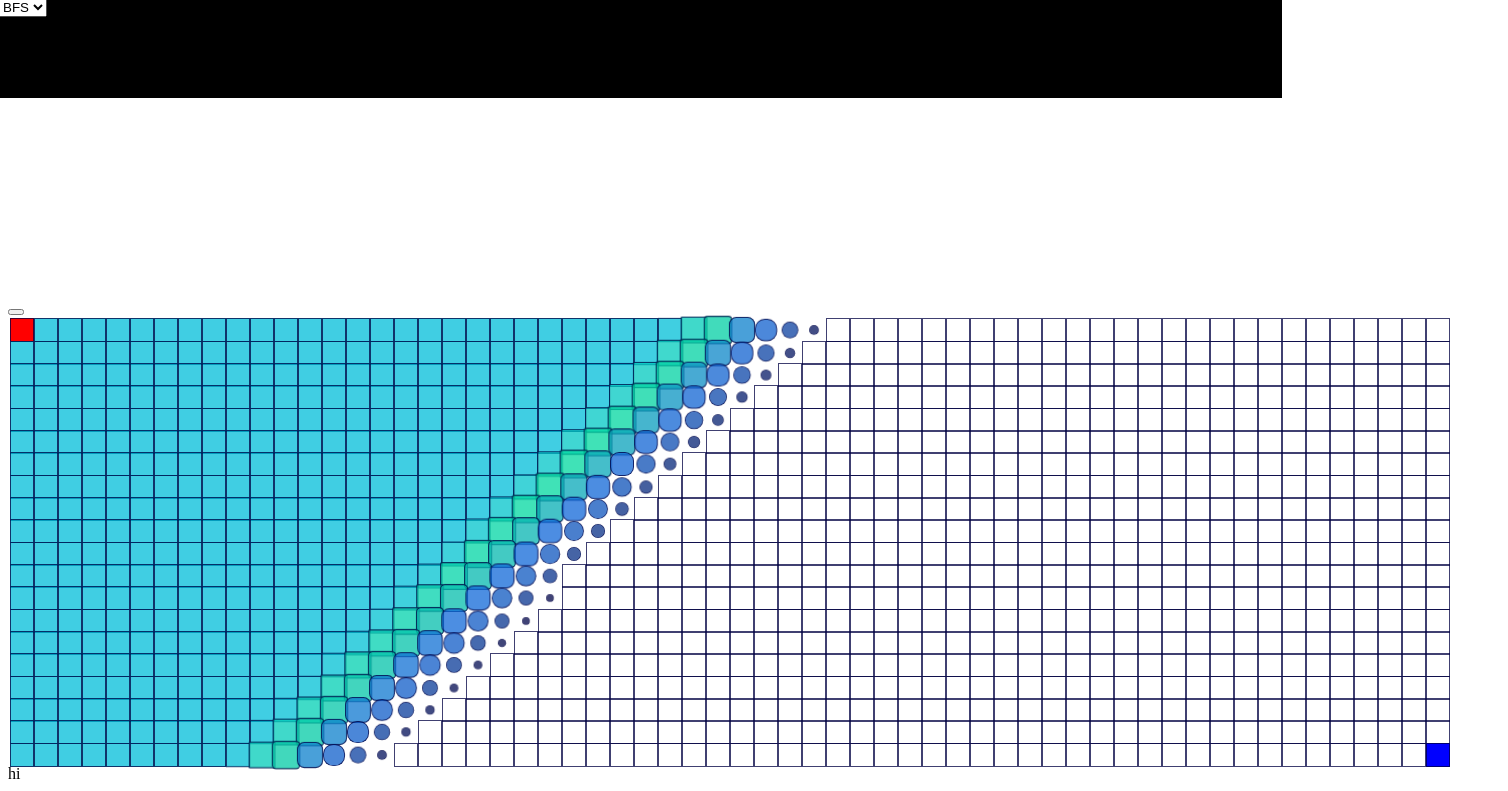
Repository: NikhilJohny/Pathfinding---ReactJS
Page: /, after clicking the first element matching `button`
These files come from the project's save history. The page is drawn as it stood at one moment and after a run of saves; the edit follows.
The browser window is 1280 px wide. The page is 1508 px wide, so the pictures cover 1508 px, including what lies to the right of the window. The pictures show the whole page.
The project was rebuilt for these pictures with package versions that can differ from the ones it lists, and the page was loaded fresh each time.

Above is the page before, as saved 2021-05-11 11:03:47.

After the next 2 saves:
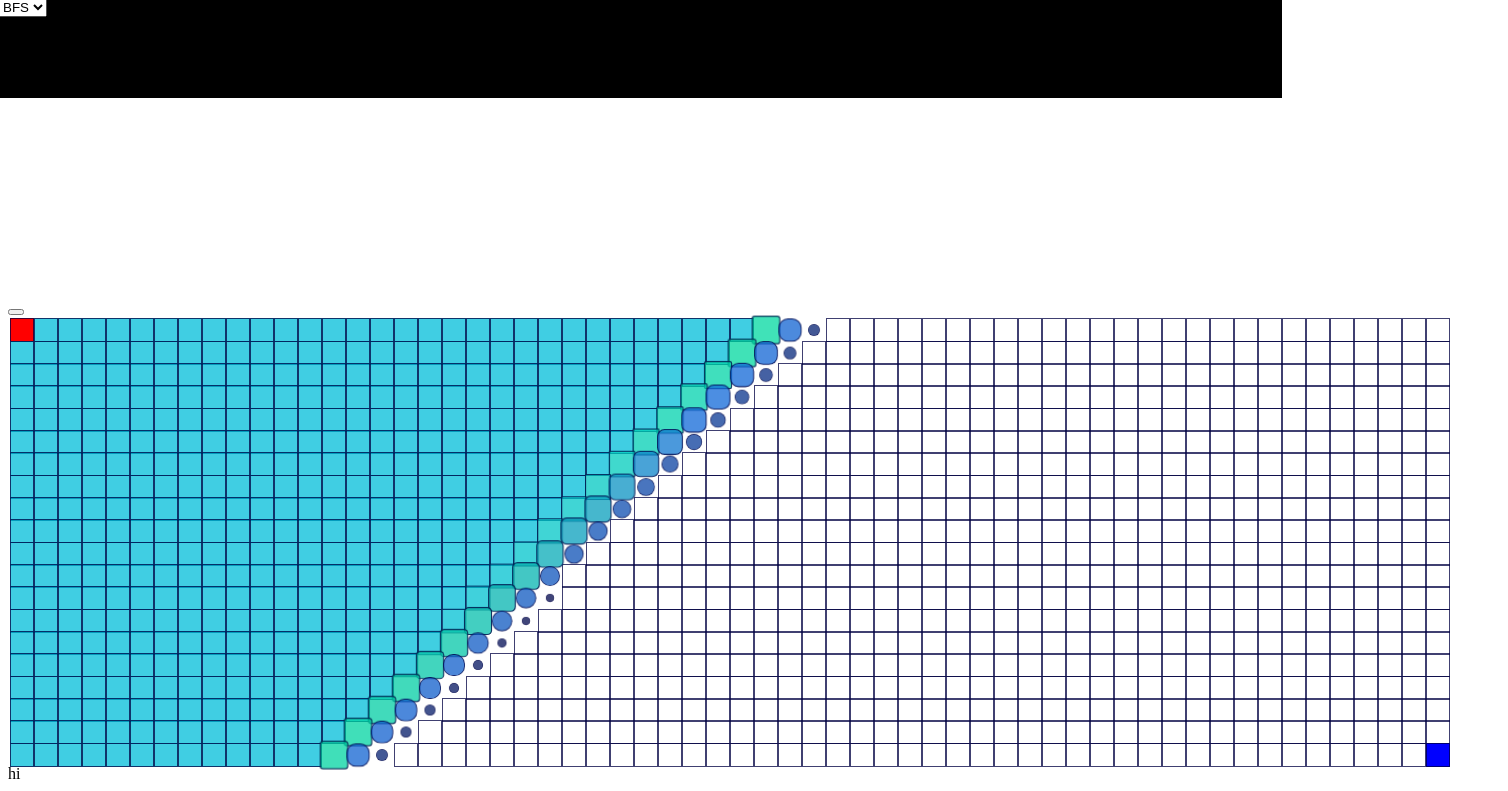
The 2 saves are shown as one change because they came seconds apart.
The last was saved 32 s later.
--- a/src/Node.css
+++ b/src/Node.css
@@ -61,7 +61,7 @@
 
     .node-visited {
         animation-name: visitedAnimation1;
-        animation-duration: 1.5s;
+        animation-duration: 0.8s;
         animation-timing-function: ease-out;
         animation-delay: 0;
         animation-direction: alternate;
